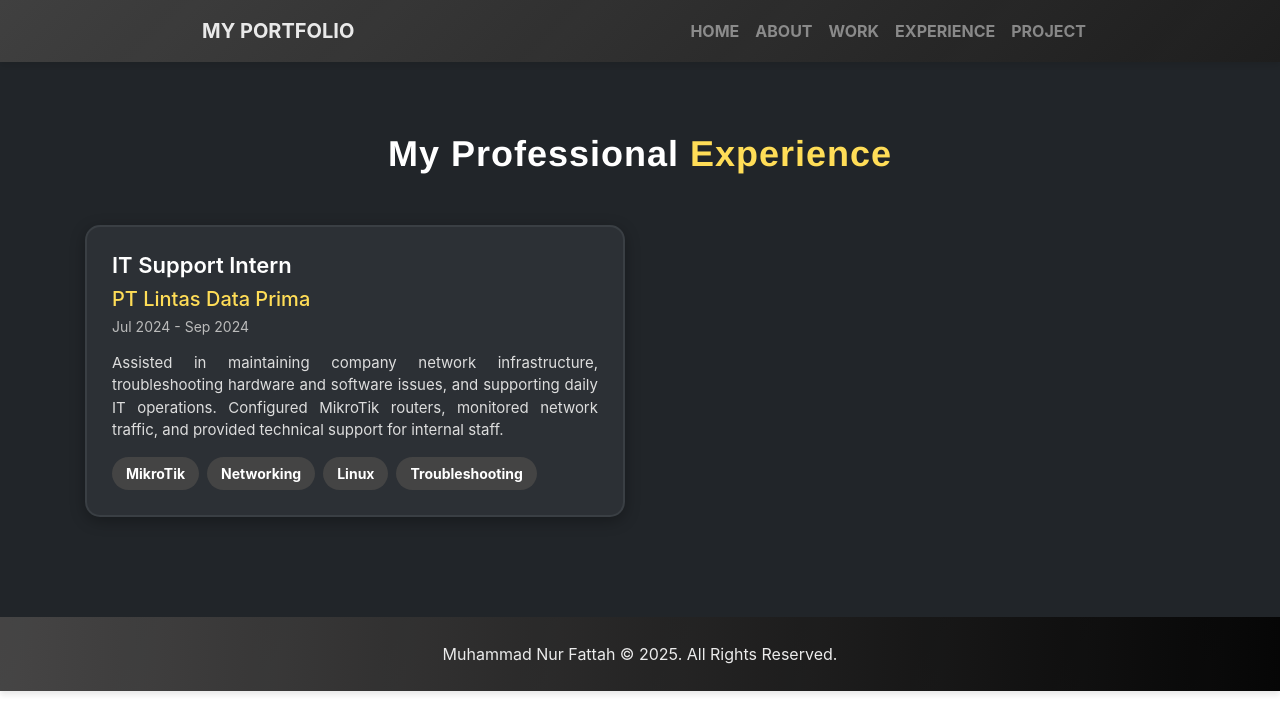
Repository: nurFattahh/Web-Portofolio
Page: /work
These files come from the project's save history. The page is drawn as it stood at one moment and after the next save; the edit follows.
The browser window is 1280 px wide. The pictures show the whole page.
The project was rebuilt for these pictures with package versions that can differ from the ones it lists, and the page was loaded fresh each time. Also part of the build but not shown: vite.config.js, src/components/Home/Home.css, src/components/Home/Home.jsx, src/components/About/About.css, src/components/About/Skillset.css, src/components/About/About.jsx, src/data/Projects.js, src/components/Project/Project.jsx and 5 more.

Above is the page before, as saved 2026-02-12 04:18:33.

After the next save:
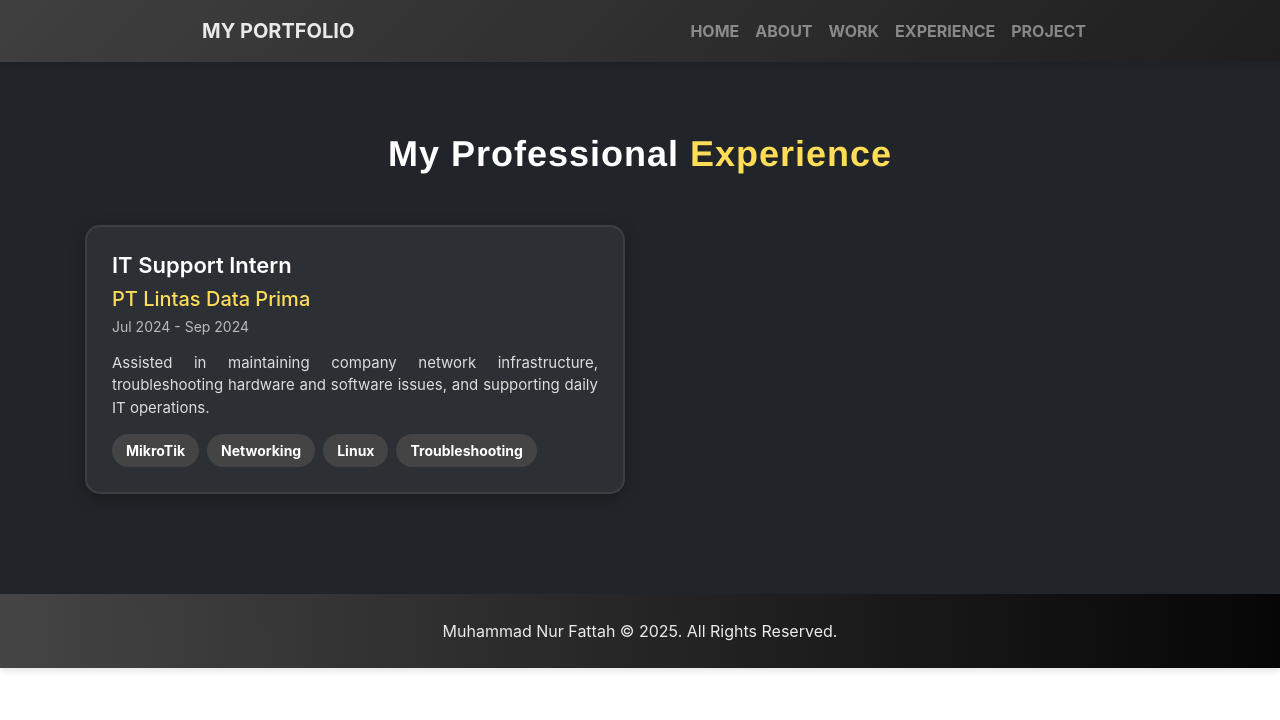
Saved 21 s later.
--- a/src/data/Work.js
+++ b/src/data/Work.js
@@ -1,13 +1,16 @@
+import { workImages } from "./ImageImport";
+
 const workData = [
-    {
-      id: 1,
-      position: "IT Support Intern",
-      company: "PT Lintas Data Prima",
-      duration: "Jul 2024 - Sep 2024",
-      description:
-        "Assisted in maintaining company network infrastructure, troubleshooting hardware and software issues, and supporting daily IT operations. Configured MikroTik routers, monitored network traffic, and provided technical support for internal staff.",
-      tech: ["MikroTik", "Networking", "Linux", "Troubleshooting"],
-    },
-  ];
+  {
+    id: 1,
+    logo: workImages.ldpLogo,
+    position: "IT Support Intern",
+    company: "PT Lintas Data Prima",
+    duration: "Jul 2024 - Sep 2024",
+    description:
+      "Assisted in maintaining company network infrastructure, troubleshooting hardware and software issues, and supporting daily IT operations.",
+    tech: ["MikroTik", "Networking", "Linux", "Troubleshooting"],
+  },
+];
 
-  export default workData;
+export default workData;
